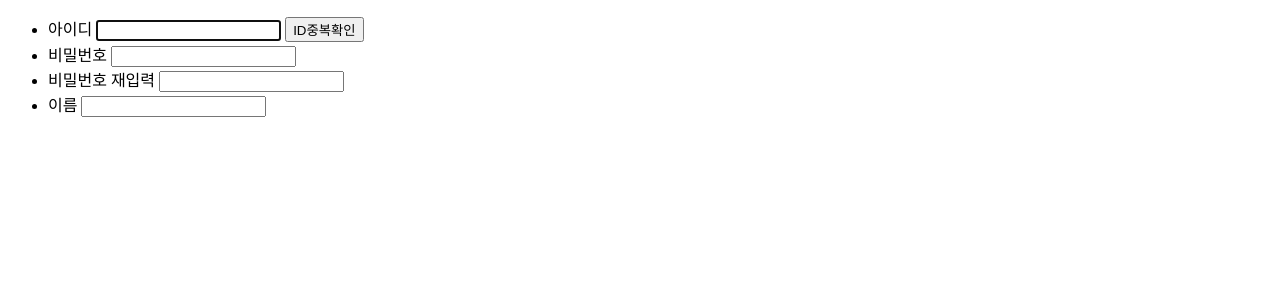
Repository: Tak-kuen/18-2
Page: http://localhost/studyjsp/ch11/registerForm.jsp
These files come from the project's save history. The page is drawn as it stood at one moment and after the next save; the edit follows.
The browser window is 1280 px wide. The pictures show the whole page.
The page is served by Tomcat 9.

Above is the page before, as saved 2018-10-31 06:42:21.

After the next save:
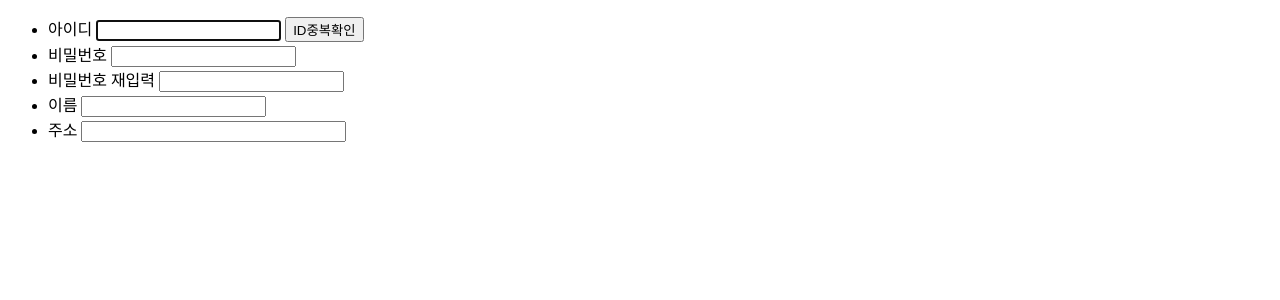
Saved 32 s later.
--- a/code/studyjsp/WebContent/ch11/registerForm.jsp
+++ b/code/studyjsp/WebContent/ch11/registerForm.jsp
@@ -20,6 +20,8 @@
 		<input id="repass" name="repass" type="password" size="20" maxlength="16" >
 		<li><label for="name">이름</label>
 		<input id="name" name="name" type="text" size="20" maxlength="10" >
+		<li><label for="address">주소</label>
+		<input id="address" name="address" type="text" size="30" maxlength="50" >
 	</ul>
 
 </div>
